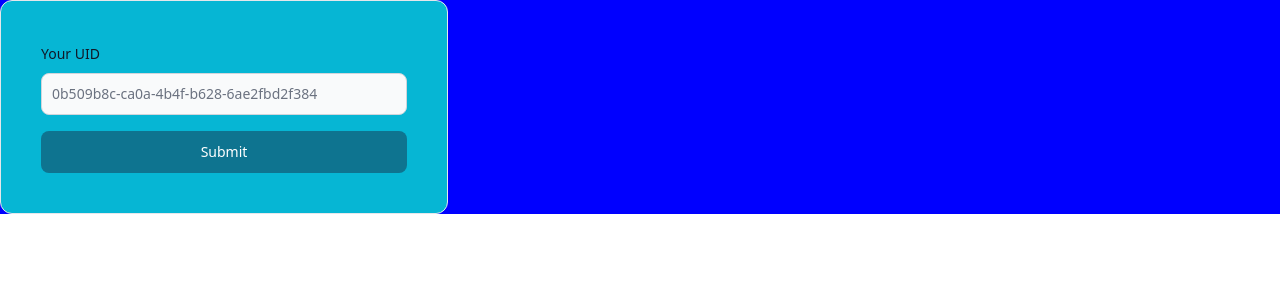
Repository: PrzemyslawJura/Frontend
Page: /
The author's editor kept a copy of each file at every save. The page is drawn from the files as they stood at one save, then again after the next save.
The browser window is 1280 px wide. The pictures show the whole page.
The project was rebuilt for these pictures with package versions that can differ from the ones it lists, and the page was loaded fresh each time. Also part of the build but not shown: vite.config.ts.

Above is the page before, as saved 2024-07-30 12:15:07.

### index.html
<!doctype html>
<html lang="en">
  <head>
    <meta charset="UTF-8" />
    <link rel="icon" type="image/svg+xml" href="/vite.svg" />
    <meta name="viewport" content="width=device-width, initial-scale=1.0" />
    <title>Warehouse</title>
  </head>
  <body>
    <div id="root"></div>
    <script type="module" src="/src/main.tsx"></script>
  </body>
</html>

### src/main.tsx
import React from 'react'
import ReactDOM from 'react-dom/client'
import './output.css'
import Login from './pages/Login/Login'

ReactDOM.createRoot(document.getElementById('root')!).render(
  <React.StrictMode>
    <Login />
  </React.StrictMode>,
)

### src/pages/Login/Login.tsx
import { LoginForm } from '../../components/form/LoginForm'

function Login() {
  return (
    <>
      <div style={{backgroundColor: "blue"}}>
        <div className="p-10 bg-cyan-500 max-w-md border rounded-xl">
          <LoginForm/>
        </div>
      </div>
    </>
  )
}

export default Login

### src/components/form/LoginForm.tsx
"use client";

import { Button, Label, TextInput } from "flowbite-react";

export function LoginForm() {
  return (
    <form className="flex max-w-md flex-col gap-4">
      <div>
        <div className="mb-2 block">
          <Label htmlFor="uid" value="Your UID" />
        </div>
        <TextInput id="uid" type="text" placeholder="0b509b8c-ca0a-4b4f-b628-6ae2fbd2f384" required />
      </div>
      <Button type="submit">Submit</Button>
    </form>
  );
}

Loaded but not shown: src/output.css (6043 lines, source omitted)

After the next save:
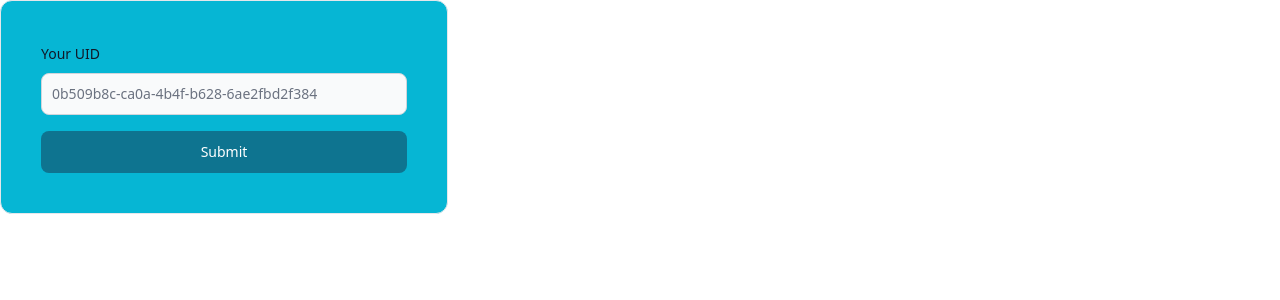
Saved 79 s later.
--- a/src/pages/Login/Login.tsx
+++ b/src/pages/Login/Login.tsx
@@ -3,7 +3,7 @@ import { LoginForm } from '../../components/form/LoginForm'
 function Login() {
   return (
     <>
-      <div style={{backgroundColor: "blue"}}>
+      <div style={{backgroundColor: "url(././assets/log-in-window.jpg)"}}>
         <div className="p-10 bg-cyan-500 max-w-md border rounded-xl">
           <LoginForm/>
         </div>
